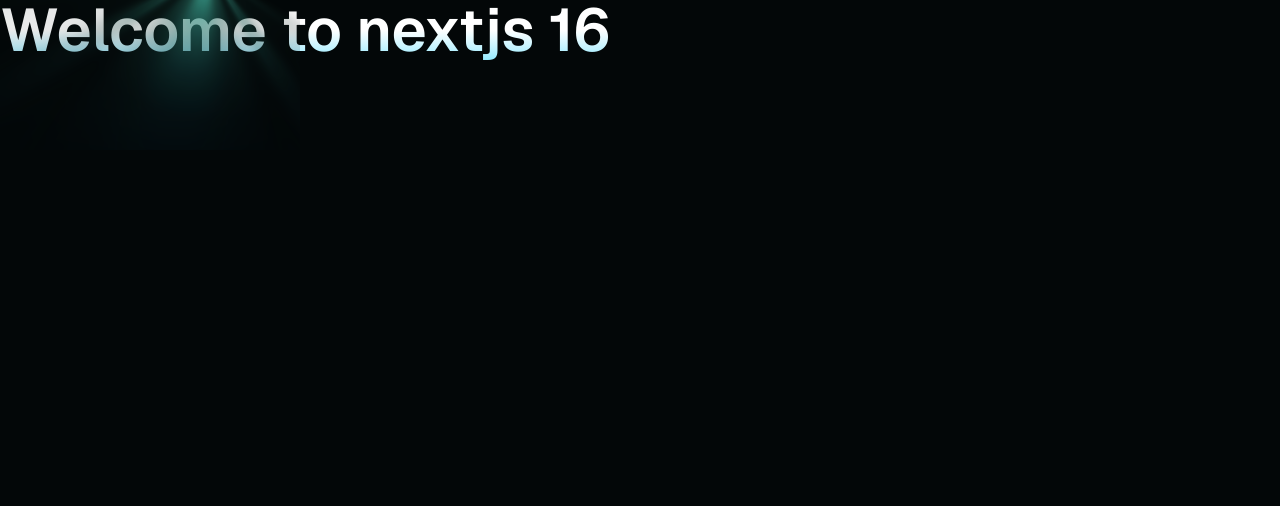
Repository: MuhammadHozaif-Bitsol/DevEvents
Page: /
An editor plug-in stored every save of this project. The page is shown before and after the next save, followed by the edit.
The browser window is 1280 px wide. The pictures show the whole page.
Some web fonts or font styles are not loaded; a fallback is used. The project was rebuilt for these pictures with package versions that can differ from the ones it lists, and the page was loaded fresh each time. The framework's server and built-in components were replaced by stand-ins that run in the browser. Also part of the build but not shown: next.config.ts.

Above is the page before, as saved 2026-08-25 14:41:51.

After the next save:
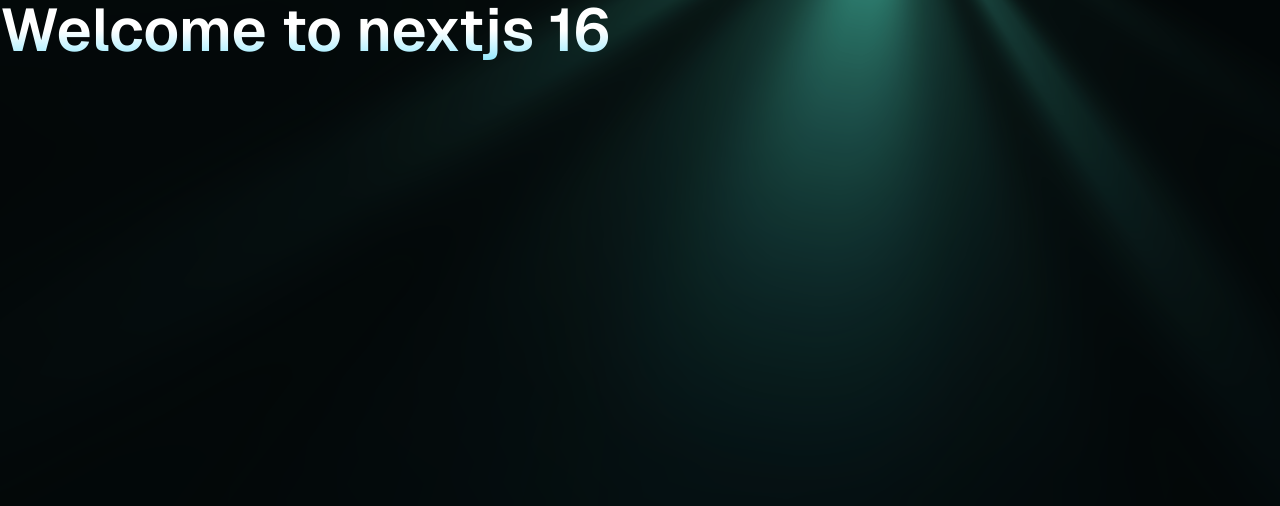
Saved 47 s later.
--- a/app/layout.tsx
+++ b/app/layout.tsx
@@ -36,7 +36,7 @@ export default function RootLayout({ children }: LayoutProps<"/">) {
       )}
     >
       <body className="min-h-full flex flex-col">
-        <div className="absolute">
+        <div className="absolute inset-0 top-0 z-[-1]">
           <LightRays></LightRays>
         </div>
         {children}
